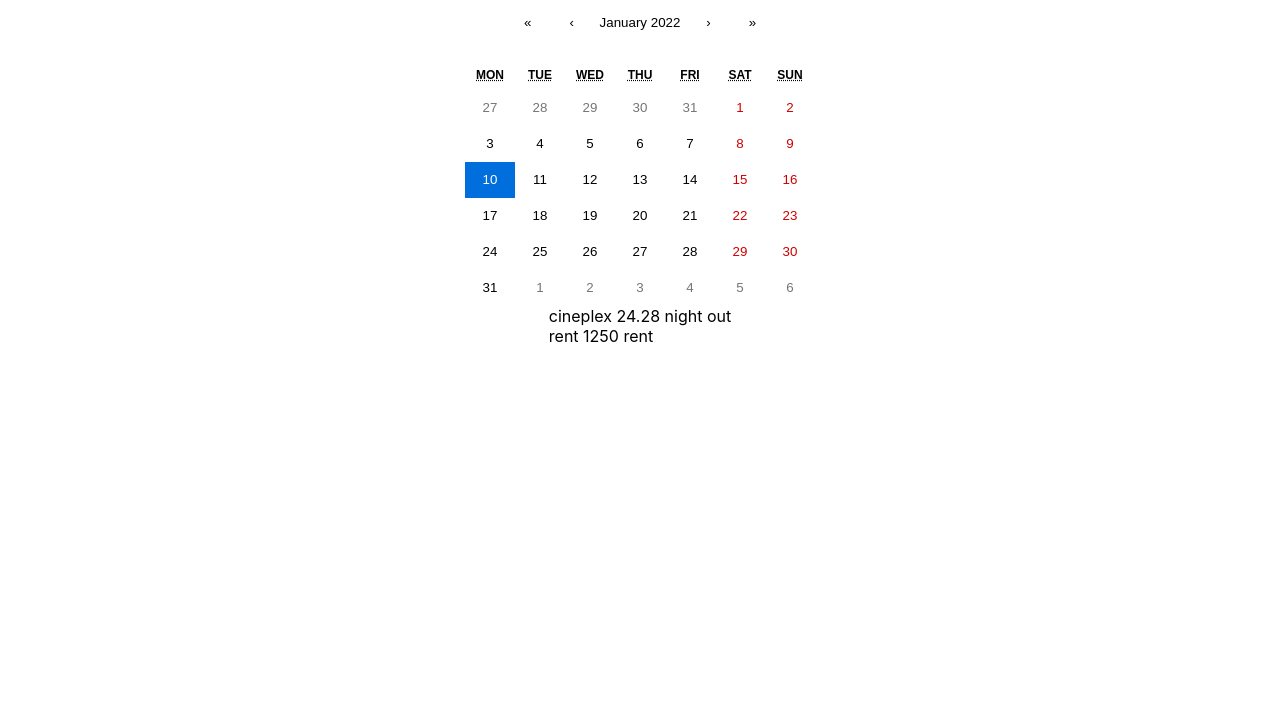
Repository: julianm09/expense-tracker
Page: /
These files come from the project's save history. The page is drawn as it stood at one moment and after the next save; the edit follows.
The browser window is 1280 px wide. The pictures show the whole page.
The project was rebuilt for these pictures with package versions that can differ from the ones it lists, and the page was loaded fresh each time. The framework's server and built-in components were replaced by stand-ins that run in the browser. Also part of the build but not shown: next.config.js.

Above is the page before, as saved 2022-01-10 14:46:12.

### pages/_document.js
import Document, { Html, Head, Main, NextScript } from "next/document";
import { ServerStyleSheet } from "styled-components";

class MyDocument extends Document {
  static async getInitialProps(ctx) {
    const sheet = new ServerStyleSheet();
    const originalRenderPage = ctx.renderPage;

    try {
      ctx.renderPage = () =>
        originalRenderPage({
          enhanceApp: (App) => (props) =>
            sheet.collectStyles(<App {...props} />),
        });

      const initialProps = await Document.getInitialProps(ctx);
      return {
        ...initialProps,
        styles: (
          <>
            {initialProps.styles}
            {sheet.getStyleElement()}
          </>
        ),
      };
    } finally {
      sheet.seal();
    }
  }
}



export default MyDocument;

### pages/index.js
import { useState, useEffect } from "react";
import styled from "styled-components";
import MyCalender from "../comps/Calender";
import "react-calendar/dist/Calendar.css";
import DisplayExpense from "../comps/DisplayExpense";

const Cont = styled.div`
  display: flex;
  justify-content: center;
  align-items: center;
  width: 100%;
  flex-direction: column;
`;

export default function Home() {
  const [date, setDate] = useState("");

  const [expenses, setExpenses] = useState({
    "2022-01-08": [
      { name: "save on foods", price: 101.22, type: "groceries" },
      { name: "shell", price: 55.21, type: "gasoline" },
    ],
    "2022-01-09": [
      { name: "earls", price: 150.45, type: "dining" },
      { name: "starbucks", price: 5.24, type: "coffee" },
    ],
    "2022-01-10": [
      { name: "cineplex", price: 24.28, type: "night out" },
      { name: "rent", price: 1250, type: "rent" },
    ],
  });

  return (
    <Cont>
      <MyCalender date={date} setDate={setDate} />
      <DisplayExpense expenses={expenses} date={date} />
    </Cont>
  );
}

### comps/Calender.js
import { useState, useEffect } from "react";
import styled from "styled-components";
import Calendar from "react-calendar";
import "react-calendar/dist/Calendar.css";

const CalenderUI = styled(Calendar)`
  display: flex;
  flex-direction: column;
  justify-content: center;
  align-items: center;
  border: none;
`;

export default function MyCalender({ date, setDate }) {
  const [value, onChange] = useState(new Date());

  function convert(str) {
    var date = new Date(str),
      mnth = ("0" + (date.getMonth() + 1)).slice(-2),
      day = ("0" + date.getDate()).slice(-2);
    return [date.getFullYear(), mnth, day].join("-");
  }

  useEffect(() => {
    setDate(convert(value));
  }, [value]);

  return (
    <div>
      <CalenderUI onChange={onChange} value={value} />
    </div>
  );
}

### comps/DisplayExpense.js
import { useState, useEffect } from "react";
import styled from "styled-components";

const Cont = styled.div`
  display: flex;
  flex-direction: column;
`;

export default function DisplayExpense({ expenses, date }) {
  console.log(expenses);

  return (
    <Cont>
      {expenses[date]
        ? expenses[date].map((expense) => (
            <div key={expense.name}>
              {expense.name + " " + expense.price + " " + expense.type}
            </div>
          ))
        : ""}
    </Cont>
  );
}

### comps/popup.js
import { useState, useEffect } from "react";
import styled from "styled-components";

const Cont = styled.div`
  display: flex;
  flex-direction: column;
  width: 492px;
  height: 522px;
  padding: 45px;
  background-color: #fff;
  box-shadow: 0 3px 10px rgb(0 0 0 / 0.2); ;
`;

export default function PopUp() {
  return <Cont></Cont>;
}

Loaded but not shown: pages/_app.js (common file); styles/globals.css (common file)

After the next save:
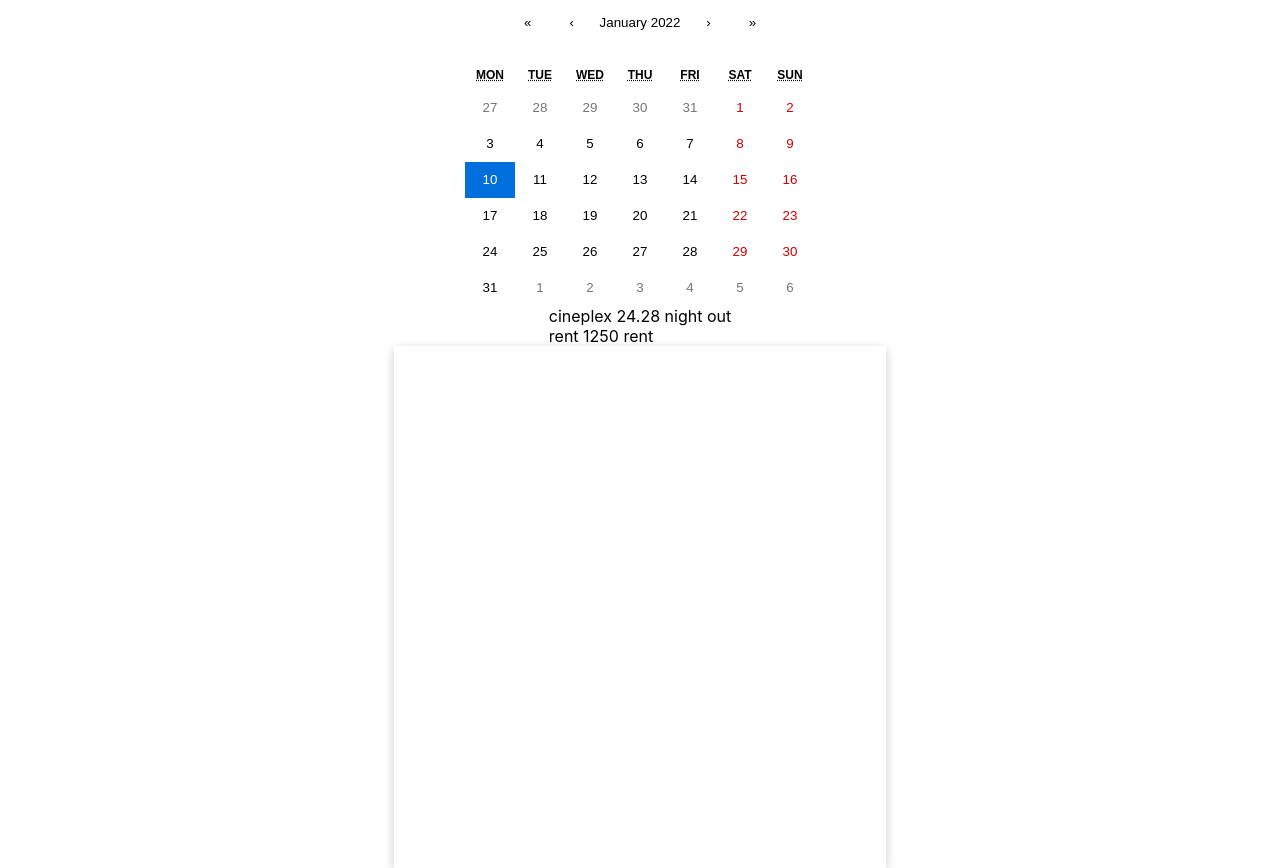
Saved 26 s later.
--- a/pages/index.js
+++ b/pages/index.js
@@ -3,6 +3,7 @@ import styled from "styled-components";
 import MyCalender from "../comps/Calender";
 import "react-calendar/dist/Calendar.css";
 import DisplayExpense from "../comps/DisplayExpense";
+import PopUp from "../comps/popup";
 
 const Cont = styled.div`
   display: flex;
@@ -34,6 +35,7 @@ export default function Home() {
     <Cont>
       <MyCalender date={date} setDate={setDate} />
       <DisplayExpense expenses={expenses} date={date} />
+      <PopUp />
     </Cont>
   );
 }
